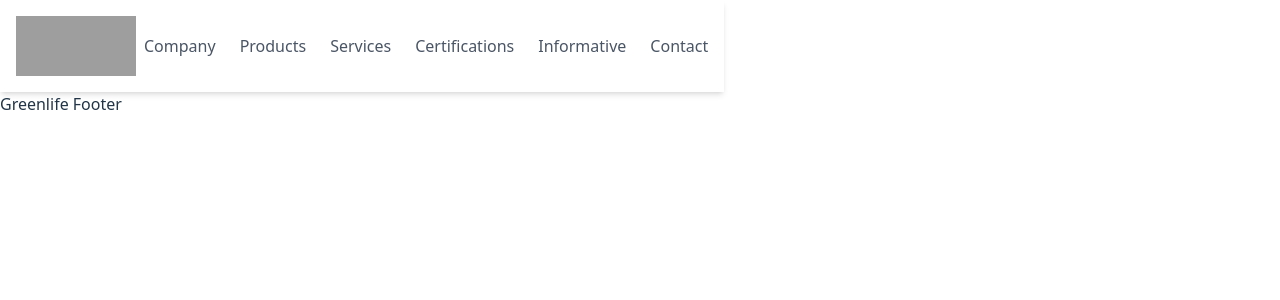
Repository: estevam02009/greenlife
Page: /
These files come from the project's save history. The page is drawn as it stood at one moment and after the next save; the edit follows.
The browser window is 1280 px wide. The pictures show the whole page.
Pictures or frames that could not be fetched are drawn as grey boxes. The project was rebuilt for these pictures with package versions that can differ from the ones it lists, and the page was loaded fresh each time. Also part of the build but not shown: vite.config.js, src/App.css.

Above is the page before, as saved 2025-07-23 09:47:21.

After the next save:
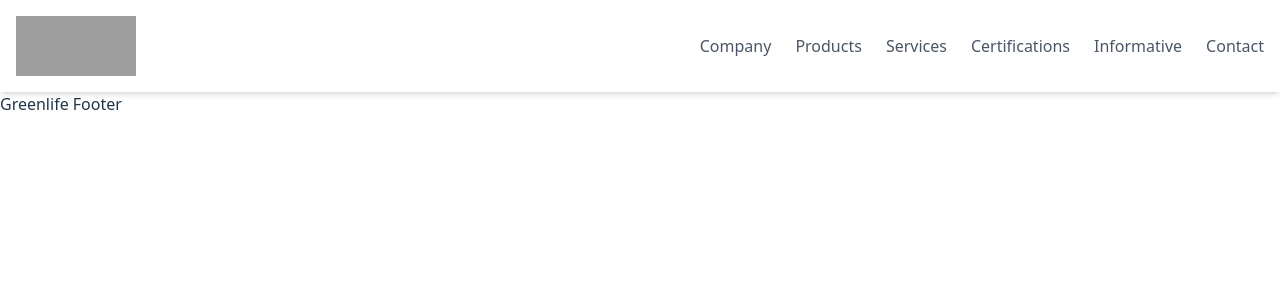
Saved 6 s later.
--- a/src/index.css
+++ b/src/index.css
@@ -15,12 +15,6 @@
   -moz-osx-font-smoothing: grayscale;
 }
 
-body {
-  margin: 0;
-  display: flex;
-}
-
-
 @media (prefers-color-scheme: light) {
   :root {
     color: #213547;
